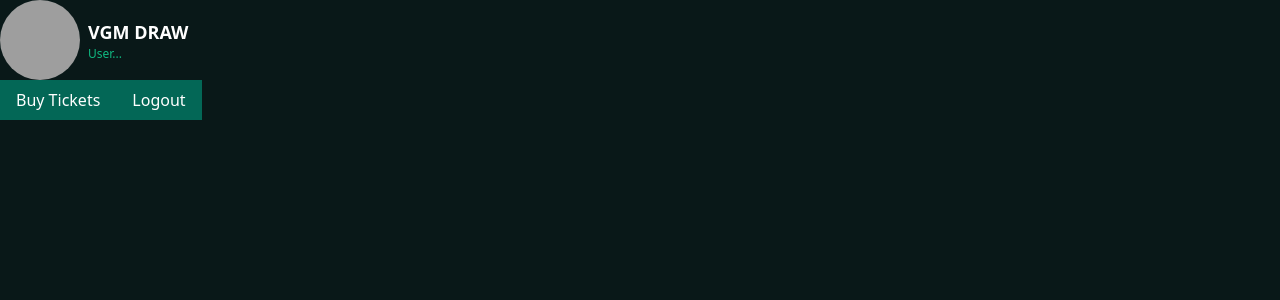
Repository: venu-369/lottery-web3
Page: /
The author's editor kept a copy of each file at every save. The page is drawn from the files as they stood at one save, then again after the next save.
The browser window is 1280 px wide. The pictures show the whole page.
Pictures or frames that could not be fetched are drawn as grey boxes. The project was rebuilt for these pictures with package versions that can differ from the ones it lists, and the page was loaded fresh each time. The framework's server and built-in components were replaced by stand-ins that run in the browser. Also part of the build but not shown: next.config.js.

Above is the page before, as saved 2023-01-11 14:13:08.

After the next save:
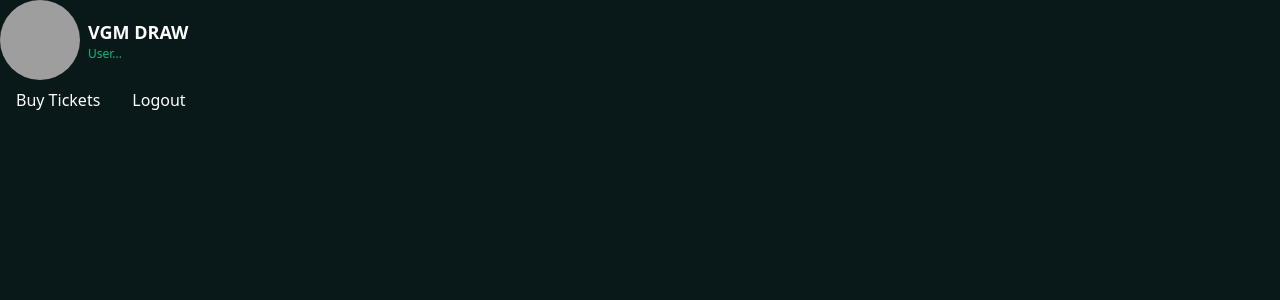
Saved 79 s later.
--- a/components/NavButton.tsx
+++ b/components/NavButton.tsx
@@ -7,7 +7,7 @@
 
 const NavButton = ({title, isActive}: Props) => {
   return (
-   <button className='bg-[#036756] text-white py-2 px-4 rouded'>
+   <button className={`${isActive && "bg-[#036756]"} text-white py-2 px-4 rouded`}>
     {title}
    </button>
   )
